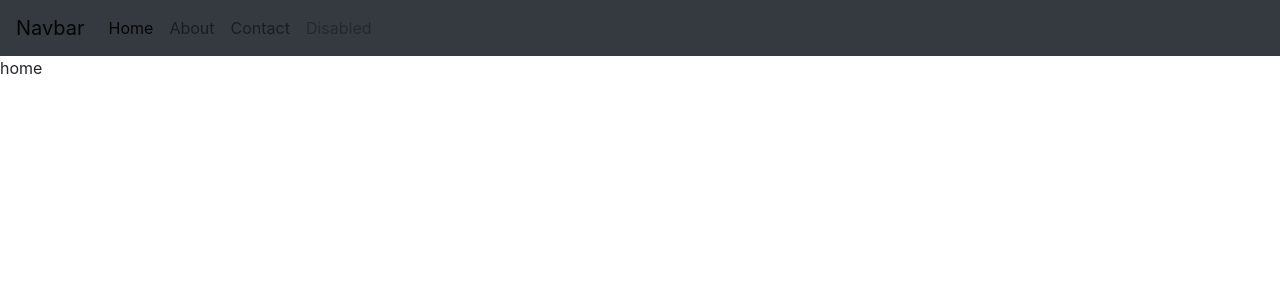
Repository: syawal2kalii/parsinta_clone_model
Page: http://localhost/home
The author's editor kept a copy of each file at every save. The page is drawn from the files as they stood at one save, then again after the next save.
The browser window is 1280 px wide. The pictures show the whole page.
The page is served by the project's Laravel application, run on PHP 8.4 with Laravel 8.

Above is the page before, as saved 2019-12-26 15:11:41.

After the next save:
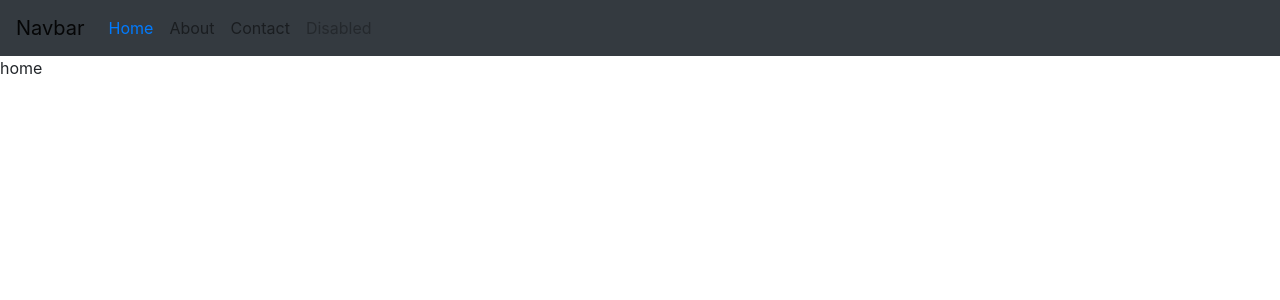
Saved 108 s later.
--- a/resources/views/layout/navigation.blade.php
+++ b/resources/views/layout/navigation.blade.php
@@ -5,7 +5,7 @@
         </button>
         <div class="collapse navbar-collapse" id="navbarNavAltMarkup">
           <div class="navbar-nav">
-            <a class="nav-item nav-link active" href="/home">Home <span class="sr-only">(current)</span></a>
+            <a class="nav-item nav-link active text-primary" href="/home">Home <span class="sr-only">(current)</span></a>
             <a class="nav-item nav-link" href="/about">About</a>
             <a class="nav-item nav-link" href="/contact">Contact</a>
             <a class="nav-item nav-link disabled" href="#" tabindex="-1" aria-disabled="true">Disabled</a>
